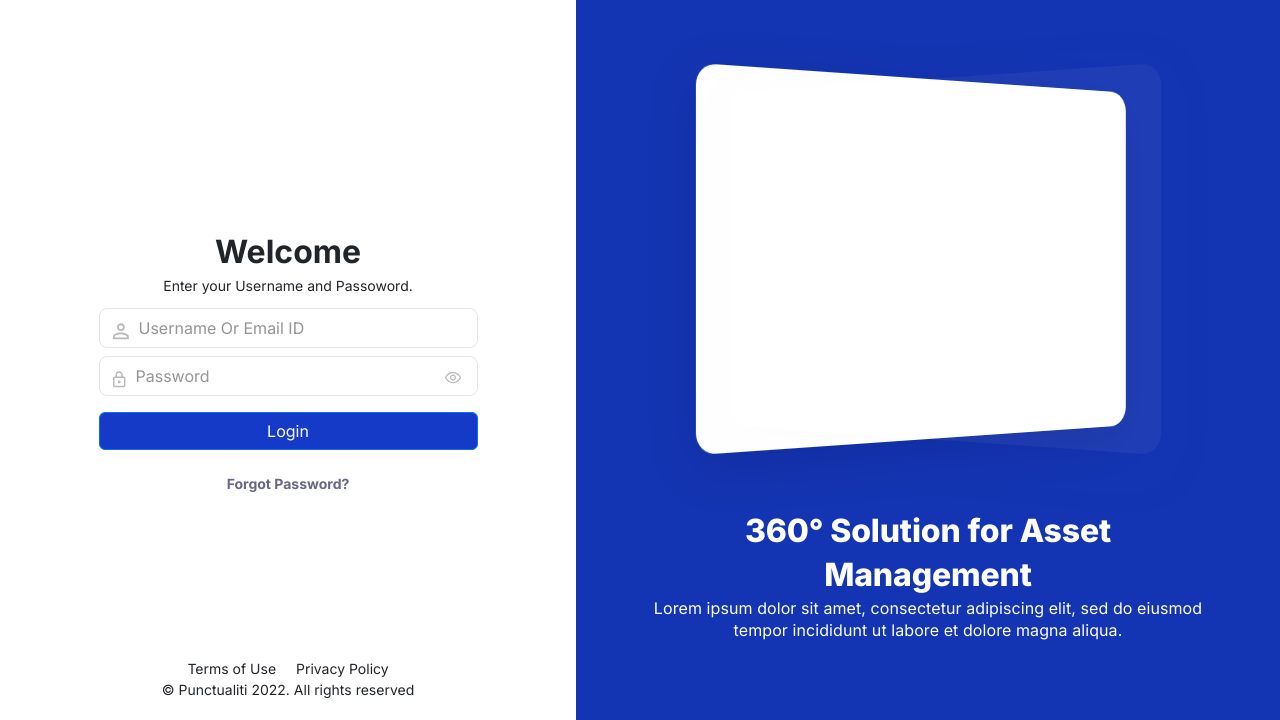
Repository: TauqeerHusain/Vouch-digital
Page: /
An editor plug-in stored every save of this project. The page is shown before and after the next save, followed by the edit.
The browser window is 1280 px wide. The pictures show the whole page.
The project was rebuilt for these pictures with package versions that can differ from the ones it lists, and the page was loaded fresh each time. Also part of the build but not shown: src/styles/Dashboard.css, src/Components/Dashboard/Aside.js, src/Components/Dashboard/Board.js, src/Components/Dashboard/index.js, src/styles/AddClintNav.css, src/Components/AddClint/AddClintNav.js, src/Components/CreateProfile/CrContent.js, src/Components/CreateProfile/index.js and 14 more.

Above is the page before, as saved 2023-03-15 15:20:12.

After the next save:
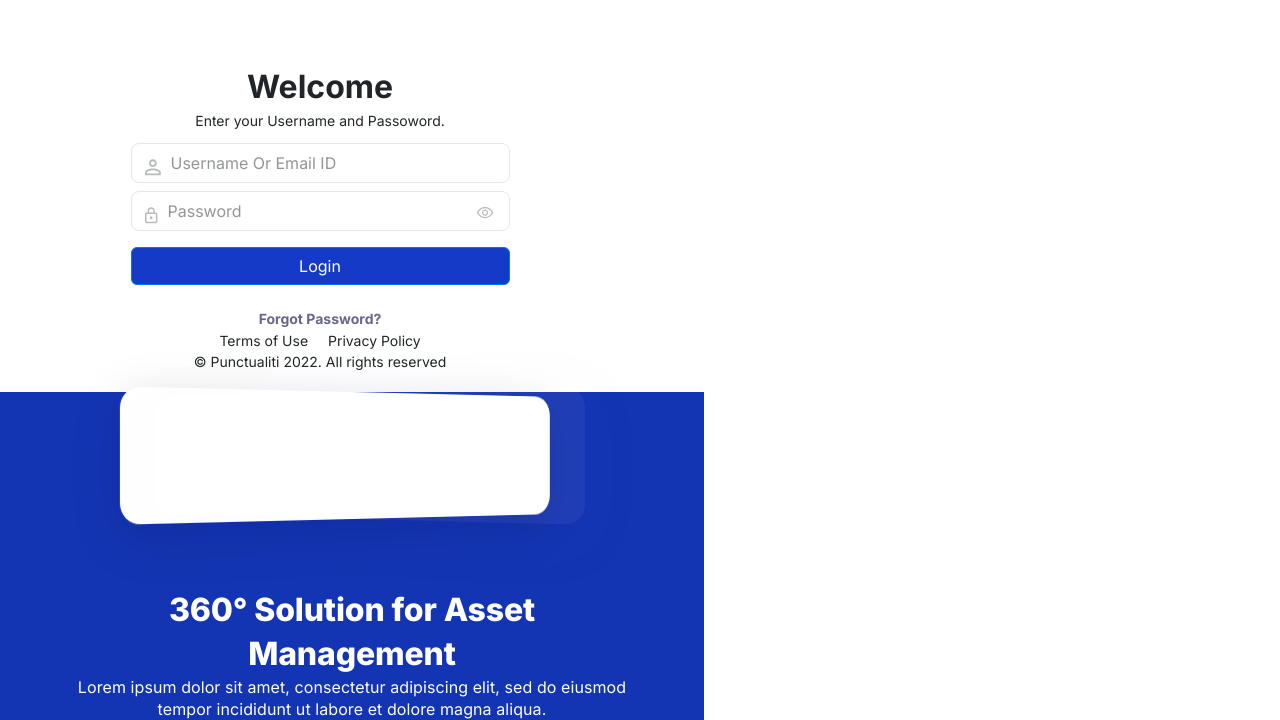
Saved 105 s later.
--- a/src/styles/LoginAct.css
+++ b/src/styles/LoginAct.css
@@ -7,7 +7,7 @@
 }
 
 .LoginAct-form {
-    width: 45%;
+    width: 50%;
     background: #fff;
     display: grid;
     place-items: center;
